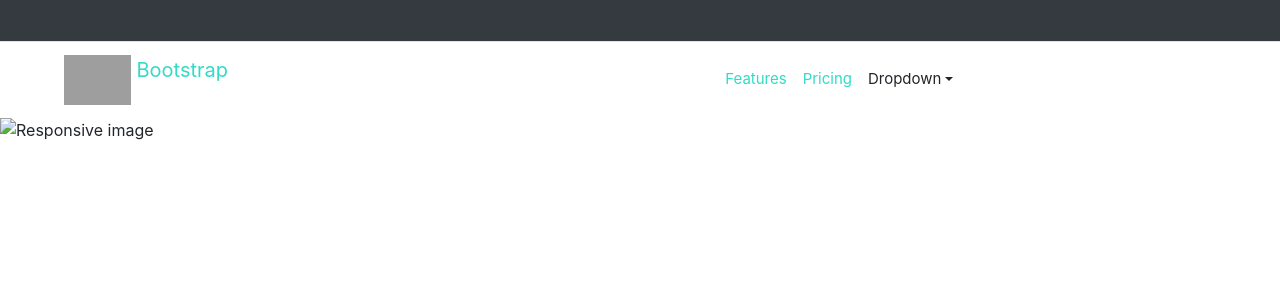
Repository: Alaa-OmarAlshobaki/portfolio
Page: index.html
An editor plug-in stored every save of this project. The page is shown before and after the next save, followed by the edit.
The browser window is 1280 px wide. The pictures show the whole page.
Pictures or frames that could not be fetched are drawn as grey boxes. Some web fonts or font styles are not loaded; a fallback is used.

Above is the page before, as saved 2020-03-12 00:18:49.

After the next save:
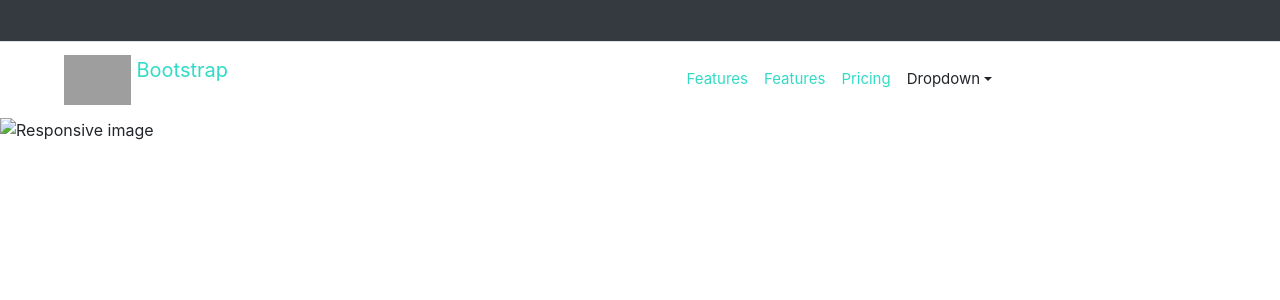
Saved 8 s later.
--- a/index.html
+++ b/index.html
@@ -71,7 +71,7 @@
         <ul class="navbar-nav">
 
           <li class="nav-item">
-
+            <a class="nav-link" href="#">Features</a>
           </li>
 
           <li class="nav-item">
